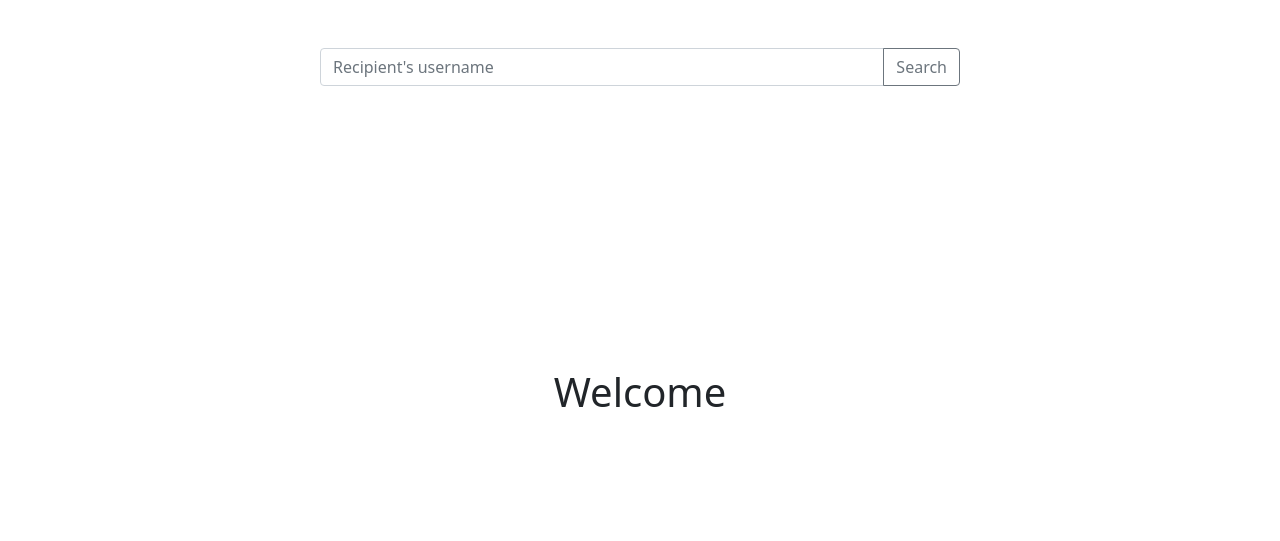
Repository: mehedi9465/PixaBay-Gallery
Page: index.html
An editor plug-in stored every save of this project. The page is shown before and after the next save, followed by the edit.
The browser window is 1280 px wide. The pictures show the whole page.

Above is the page before, as saved 2023-05-09 15:17:45.

### index.html
<!DOCTYPE html>
<html lang="en">
  <head>
    <meta charset="UTF-8" />
    <meta http-equiv="X-UA-Compatible" content="IE=edge" />
    <meta name="viewport" content="width=device-width, initial-scale=1.0" />
    <title>Pixabay</title>
    <link
      rel="shortcut icon"
      href="https://pixabay.com/favicon-32x32.png"
      type="image/x-icon"
    />
    <link
      href="https://cdn.jsdelivr.net/npm/bootstrap@5.1.1/dist/css/bootstrap.min.css"
      rel="stylesheet"
      integrity="sha384-F3w7mX95PdgyTmZZMECAngseQB83DfGTowi0iMjiWaeVhAn4FJkqJByhZMI3AhiU"
      crossorigin="anonymous"
    />
    <script
      src="https://cdn.jsdelivr.net/npm/bootstrap@5.1.1/dist/js/bootstrap.bundle.min.js"
      integrity="sha384-/bQdsTh/da6pkI1MST/rWKFNjaCP5gBSY4sEBT38Q/9RBh9AH40zEOg7Hlq2THRZ"
      crossorigin="anonymous"
    ></script>
    <link rel="stylesheet" href="css/style.css" />
  </head>
  <body>
    <main>
    <div class="input-group mt-5 mb-5 w-50 mx-auto overflow-hidden">
        <input type="text" class="form-control" placeholder="Recipient's username" aria-label="Recipient's username" aria-describedby="button-addon2" id="InputField">
        <button class="btn btn-outline-secondary" type="button" id="button-addon2">Search</button>
    </div>
    <div class="position-relative" style="height: 65vh;">
        <div class="text-center position-absolute start-0 end-0 top-50 bottom-50">
            <h1>Welcome</h1>

        </div>
    </div>
    <div id="details" class="text-center mb-5 position-relative overflow-auto">

    </div>

    <div id="image-Container" class="row row-cols-1 row-cols-md-4 g-4 overflow-hidden">

    </div>
</main>

    <!-- <main>
      <div class="position-relative" style="height: 80vh">
        <div
          class="text-center fs-1 position-absolute top-50 bottom-50 start-0 end-0 m-auto"
        >
          <h1 id="welcometxt" class="text-center fs-1">
            Welcome to Pixabay Gallery
          </h1>
          <div class="input-group mt-5 mb-5 w-50 mx-auto overflow-hidden">
            <input
              type="text"
              class="form-control"
              placeholder="Recipient's username"
              aria-label="Recipient's username"
              aria-describedby="button-addon2"
              id="InputField"
            />
            <button
              class="btn btn-outline-secondary"
              type="button"
              id="button-addon2"
            >
              Search
            </button>
          </div>
        </div>
      </div>

      <div
        id="details"
        class="text-center mb-5 position-relative overflow-auto"
      ></div>

      <div
        id="image-Container"
        class="row row-cols-1 row-cols-md-4 g-4 overflow-hidden"
      ></div>
    </main> -->

    <script src="js/script.js"></script>
  </body>
</html>

### css/style.css
.col img{
    width: 450px;
    height: 350px;
    object-fit: cover;
}

### js/script.js
const KEY = "12991928-c7c6409774c494db9971343c7";
let dataList = [];

const getData = (query) => {
  fetch(
    `https://pixabay.com/api/?key=${KEY}&q=${query}&image_type=photo&pretty=true`
  )
    .then((response) => response.json())
    .then((data) => loadData(data.hits))
    .catch((err) => console.log(err));
};

document.getElementById("button-addon2").addEventListener("click", () => {
  const inputValue = document.getElementById("InputField").value;
  getData(inputValue);
});

const loadData = (datas) => {
  dataList = [...datas];
  if (datas.length === 0) {
    alert("No result found");
    return;
  }
  const imageContainer = document.getElementById("image-Container");
  imageContainer.innerHTML = "";
  datas.forEach((data) => {
    let imgSerial = datas.indexOf(data);
    const appendDiv = document.createElement("div");
    appendDiv.innerHTML = `
        <div id="image" class="col text-center" onclick="loadDetails('${data.largeImageURL}', '${imgSerial}')">
            <img src="${data.largeImageURL}" class="card-img-top" alt="...">
        </div>
        `;
    imageContainer.appendChild(appendDiv);
  });
};

const detailDiv = document.getElementById("details");

document.getElementById("InputField").addEventListener("click", () => {
  document.getElementById("InputField").value = "";
});

const loadDetails = (data, imgSerial) => {
  // console.log(imgSerial);
  const img = document.createElement("img");
  img.setAttribute("src", data);

  const nextBTN = document.createElement("span");
  // nextBTN.innerHTML = `<button class="btn btn-secondary border-0 outline-0">Next</button>`
  nextBTN.innerHTML = `<img src="https://cdn-icons-png.flaticon.com/512/892/892528.png" width='80' class="position-absolute end-0 top-50 bottom-50 m-auto cursor-pointer" alt="..." onclick="onNext('${imgSerial}')" />`;

  const prevBTN = document.createElement("span");
  // prevBTN.innerHTML = `<button class="btn btn-secondary border-0 outline-0">Prev</button>`
  prevBTN.innerHTML = `<img src="https://cdn-icons-png.flaticon.com/512/892/892512.png" width='80' class="position-absolute start-0 top-50 bottom-50 m-auto cursor-pointer" alt="..." onclick="onPrev('${imgSerial}')" />`;

  detailDiv.innerHTML = "";
  detailDiv.append(prevBTN);
  detailDiv.appendChild(img);
  detailDiv.append(nextBTN);
};

const onNext = (imgSerial) => {
  if (imgSerial >= 0 && imgSerial <= 18) {
    imgSerial++;
    const data = dataList[imgSerial];
    loadDetails(data.largeImageURL, imgSerial);
  } else if (imgSerial == 19) {
    imgSerial = 0;
    const data = dataList[imgSerial];
    loadDetails(data.largeImageURL, imgSerial);
  }
};

const onPrev = (imgSerial) => {
  if (imgSerial <= 19 && imgSerial >=1) {
    imgSerial--;
    const data = dataList[imgSerial];
    loadDetails(data.largeImageURL, imgSerial);
  } else if (imgSerial == 0) {
    imgSerial = 19;
    const data = dataList[imgSerial];
    loadDetails(data.largeImageURL, imgSerial);
  }
};

// const nextBTN = ' <span><img class="border-0 outline-0" src="https://cdn-icons-png.flaticon.com/512/892/892512.png" alt="Prev" width="200"></span>'
// const prevBTN = '<span><img src="https://cdn-icons-png.flaticon.com/512/892/892528.png" alt="Next" width="200"></span>'

After the next save:
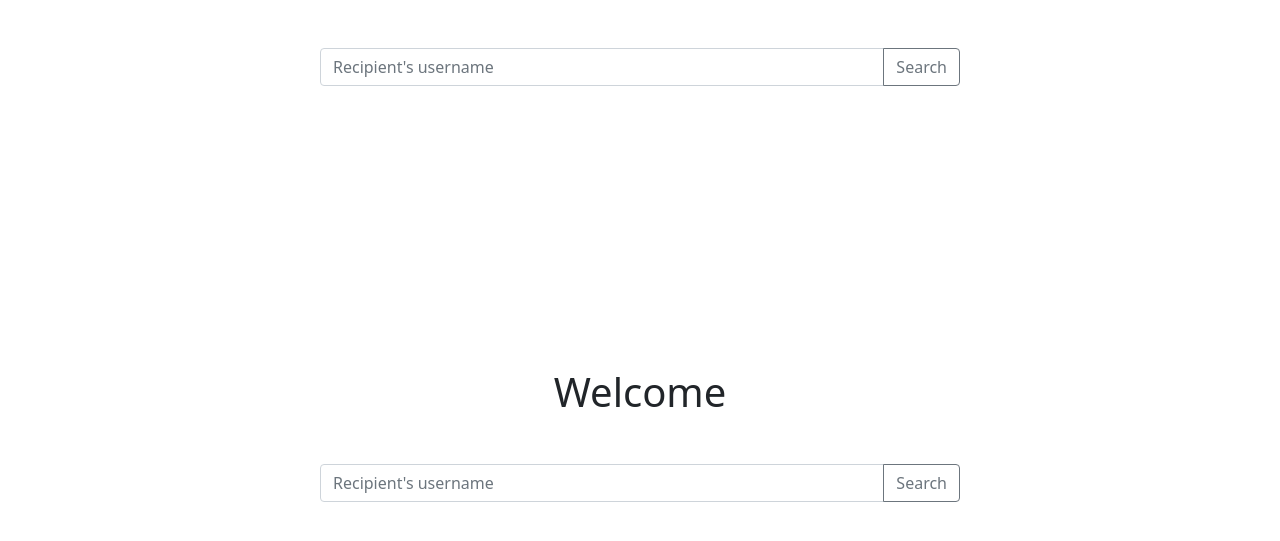
Saved 6 s later.
--- a/index.html
+++ b/index.html
@@ -25,24 +25,57 @@
   </head>
   <body>
     <main>
-    <div class="input-group mt-5 mb-5 w-50 mx-auto overflow-hidden">
-        <input type="text" class="form-control" placeholder="Recipient's username" aria-label="Recipient's username" aria-describedby="button-addon2" id="InputField">
-        <button class="btn btn-outline-secondary" type="button" id="button-addon2">Search</button>
-    </div>
-    <div class="position-relative" style="height: 65vh;">
-        <div class="text-center position-absolute start-0 end-0 top-50 bottom-50">
-            <h1>Welcome</h1>
+      <div class="input-group mt-5 mb-5 w-50 mx-auto overflow-hidden">
+        <input
+          type="text"
+          class="form-control"
+          placeholder="Recipient's username"
+          aria-label="Recipient's username"
+          aria-describedby="button-addon2"
+          id="InputField"
+        />
+        <button
+          class="btn btn-outline-secondary"
+          type="button"
+          id="button-addon2"
+        >
+          Search
+        </button>
+      </div>
+      <div class="position-relative" style="height: 65vh">
+        <div
+          class="text-center position-absolute start-0 end-0 top-50 bottom-50"
+        >
+          <h1>Welcome</h1>
+          <div class="input-group mt-5 mb-5 w-50 mx-auto overflow-hidden">
+            <input
+              type="text"
+              class="form-control"
+              placeholder="Recipient's username"
+              aria-label="Recipient's username"
+              aria-describedby="button-addon2"
+              id="InputField"
+            />
+            <button
+              class="btn btn-outline-secondary"
+              type="button"
+              id="button-addon2"
+            >
+              Search
+            </button>
+          </div>
+        </div>
+      </div>
+      <div
+        id="details"
+        class="text-center mb-5 position-relative overflow-auto"
+      ></div>
 
-        </div>
-    </div>
-    <div id="details" class="text-center mb-5 position-relative overflow-auto">
-
-    </div>
-
-    <div id="image-Container" class="row row-cols-1 row-cols-md-4 g-4 overflow-hidden">
-
-    </div>
-</main>
+      <div
+        id="image-Container"
+        class="row row-cols-1 row-cols-md-4 g-4 overflow-hidden"
+      ></div>
+    </main>
 
     <!-- <main>
       <div class="position-relative" style="height: 80vh">
